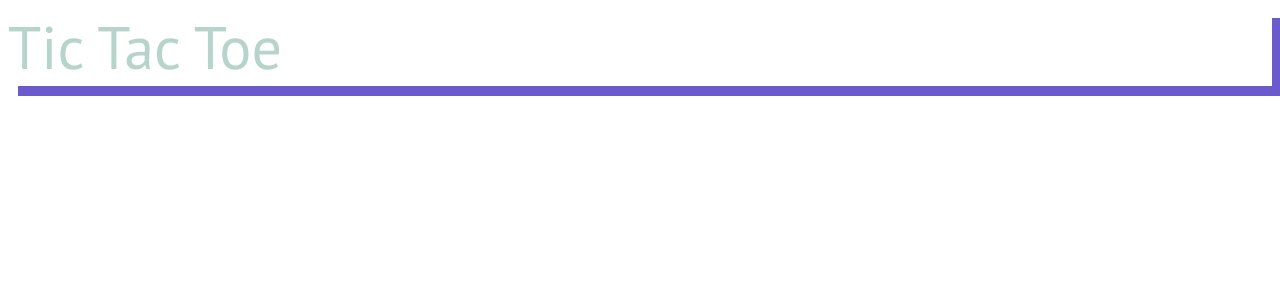
Repository: chin9/TicTacToe
Page: index.html
An editor plug-in stored every save of this project. The page is shown before and after the next save, followed by the edit.
The browser window is 1280 px wide. The pictures show the whole page.

Above is the page before, as saved 2021-05-12 13:36:39.

### index.html
<head>
    <link rel='stylesheet' href='style.css'>
</head>

<header>Tic Tac Toe</header>

### style.css
@import url('https://fonts.googleapis.com/css2?family=PT+Sans&display=swap');

header{
    font-family: 'PT Sans', sans-serif;
    font-size: 60px;
    color: rgb(182, 212, 203);
    box-shadow: 10px 10px slateblue;

}

After the next save:
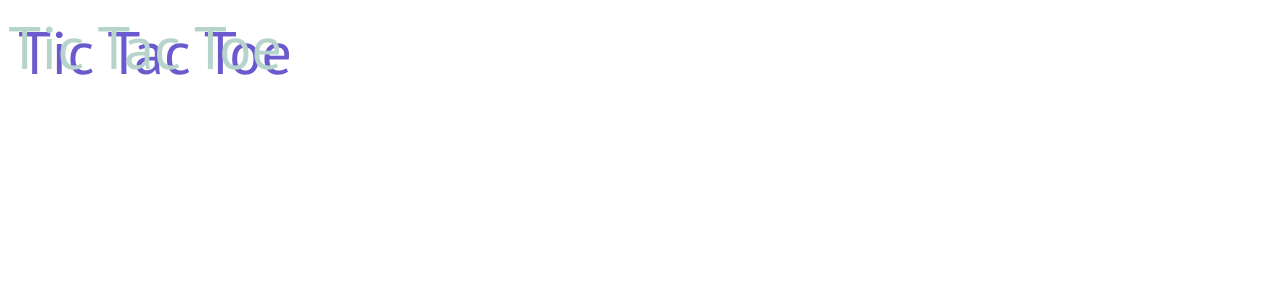
Saved 13 s later.
--- a/style.css
+++ b/style.css
@@ -4,6 +4,6 @@ header{
     font-family: 'PT Sans', sans-serif;
     font-size: 60px;
     color: rgb(182, 212, 203);
-    box-shadow: 10px 10px slateblue;
+    text-shadow: 10px 5px slateblue;
 
 }
